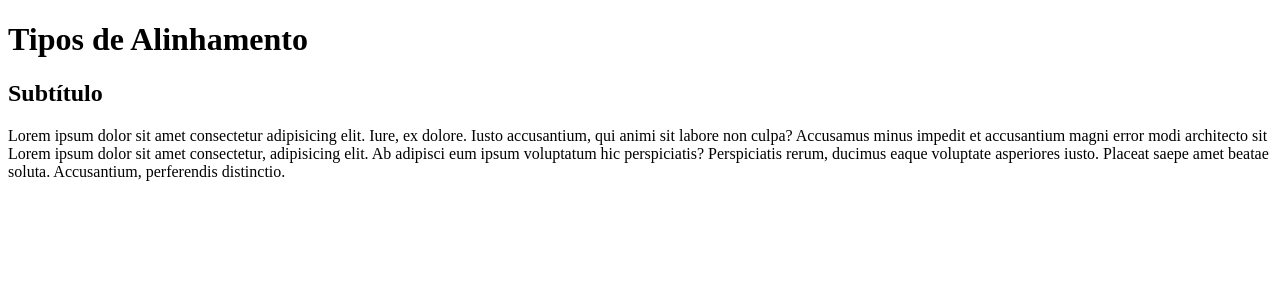
Repository: pheonix5/Estudo
Page: html-css/exercicios/ex017/fonte02.html
An editor plug-in stored every save of this project. The page is shown before and after the next save, followed by the edit.
The browser window is 1280 px wide. The pictures show the whole page.

Above is the page before, as saved 2023-08-13 00:48:40.

### html-css/exercicios/ex017/fonte02.html
<!DOCTYPE html>
<html lang="pt-br">
<head>
  <meta charset="UTF-8">
  <meta name="viewport" content="width=device-width, initial-scale=1.0">
  <title>Alinhamentos</title>
</head>
<body>
  <h1>Tipos de Alinhamento</h1>
  <h2>Subtítulo</h2>
  <p>Lorem ipsum dolor sit amet consectetur adipisicing elit. Iure, ex dolore. Iusto accusantium, qui animi sit labore non culpa? Accusamus minus impedit et accusantium magni error modi architecto sit <optio class="lorem">Lorem ipsum dolor sit amet consectetur, adipisicing elit. Ab adipisci eum ipsum voluptatum hic perspiciatis? Perspiciatis rerum, ducimus eaque voluptate asperiores iusto. Placeat saepe amet beatae soluta. Accusantium, perferendis distinctio.</optio></p>
</body>
</html>

After the next save:
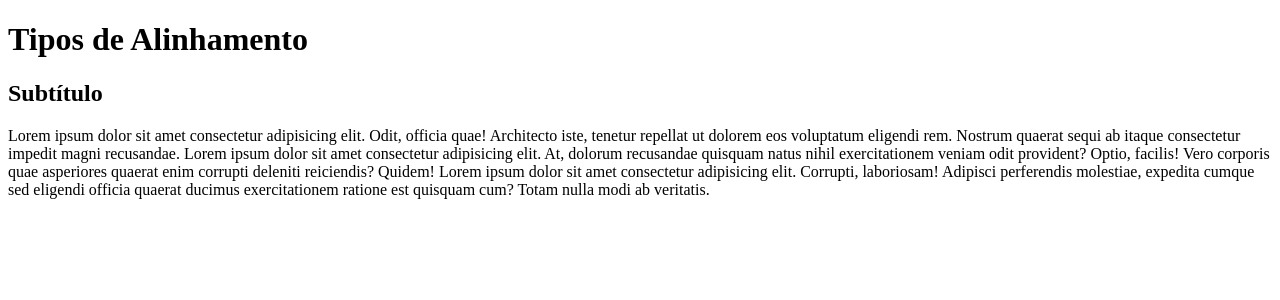
Saved 31 s later.
--- a/html-css/exercicios/ex017/fonte02.html
+++ b/html-css/exercicios/ex017/fonte02.html
@@ -8,6 +8,6 @@
 <body>
   <h1>Tipos de Alinhamento</h1>
   <h2>Subtítulo</h2>
-  <p>Lorem ipsum dolor sit amet consectetur adipisicing elit. Iure, ex dolore. Iusto accusantium, qui animi sit labore non culpa? Accusamus minus impedit et accusantium magni error modi architecto sit <optio class="lorem">Lorem ipsum dolor sit amet consectetur, adipisicing elit. Ab adipisci eum ipsum voluptatum hic perspiciatis? Perspiciatis rerum, ducimus eaque voluptate asperiores iusto. Placeat saepe amet beatae soluta. Accusantium, perferendis distinctio.</optio></p>
+  <p>Lorem ipsum dolor sit amet consectetur adipisicing elit. Odit, officia quae! Architecto iste, tenetur repellat ut dolorem eos voluptatum eligendi rem. Nostrum quaerat sequi ab itaque consectetur impedit magni recusandae. Lorem ipsum dolor sit amet consectetur adipisicing elit. At, dolorum recusandae quisquam natus nihil exercitationem veniam odit provident? Optio, facilis! Vero corporis quae asperiores quaerat enim corrupti deleniti reiciendis? Quidem! Lorem ipsum dolor sit amet consectetur adipisicing elit. Corrupti, laboriosam! Adipisci perferendis molestiae, expedita cumque sed eligendi officia quaerat ducimus exercitationem ratione est quisquam cum? Totam nulla modi ab veritatis.</p>
 </body>
 </html>
